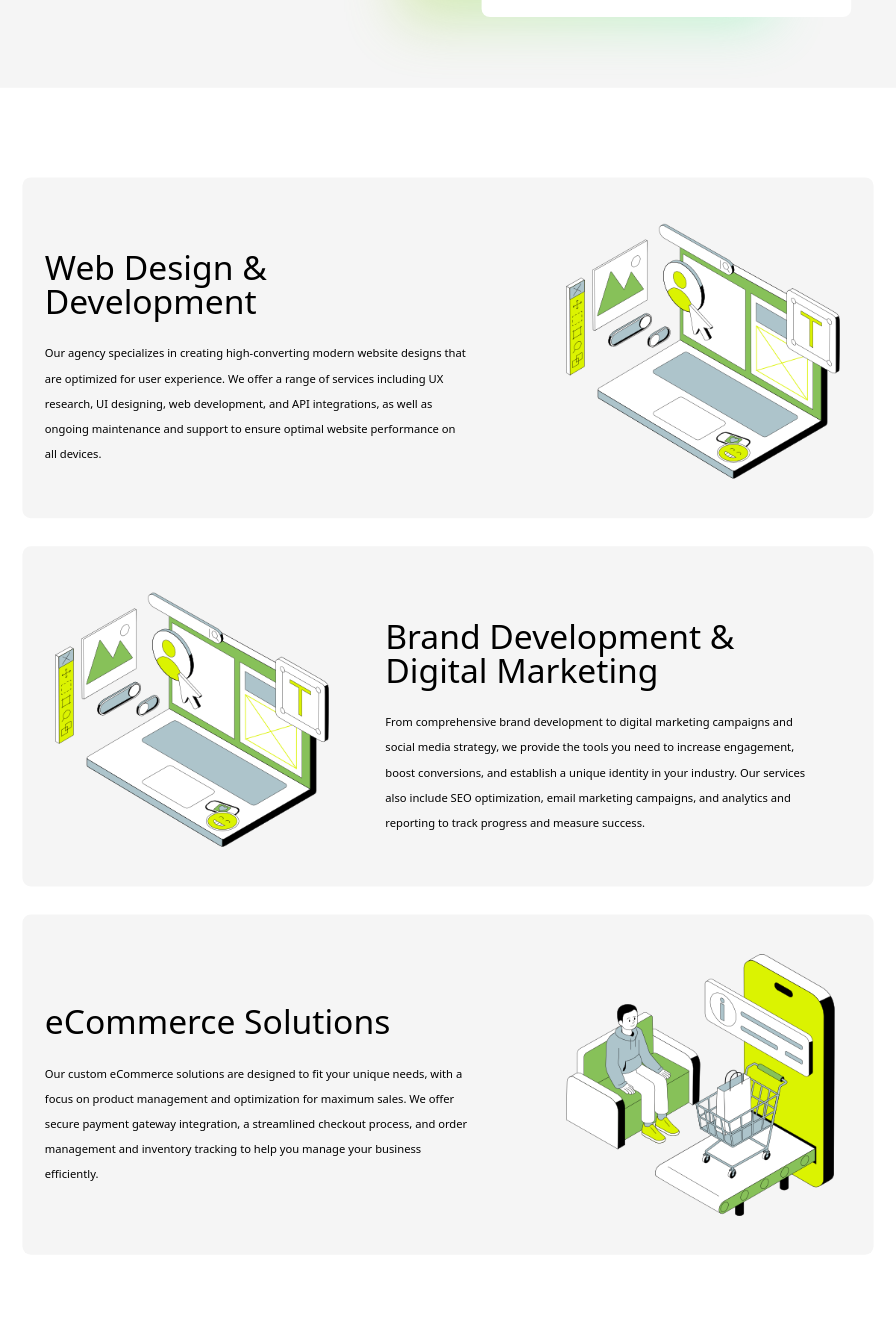
Repository: ornelasedward/mired_website
Page: /
The author's editor kept a copy of each file at every save. The page is drawn from the files as they stood at one save, then again after the next save.
The browser window is 1280 px wide. The pictures show the part of the page from y = 1909 to 3829 px (the page is 3829 px tall), at 70% of full size.
The project was rebuilt for these pictures with package versions that can differ from the ones it lists, and the page was loaded fresh each time. The framework's server and built-in components were replaced by stand-ins that run in the browser. Also part of the build but not shown: next.config.js.

Above is the page before, as saved 2023-03-28 20:58:04.

### app/layout.tsx
import "./globals.css";

export const metadata = {
  title: "Mired",
  description: "Web design and development services",
};

export default function RootLayout({
  children,
}: {
  children: React.ReactNode;
}) {
  return (
    <html lang="en" className="bg-[#F5F5F5]">
      <body>{children}</body>
    </html>
  );
}

### app/page.tsx
import Header from "@/components/Header";
import Hero from "@/components/Hero";
import Services from "@/components/Services";
import CTA from "@/components/CTA";
import { Inter } from "next/font/google";
import Testimonial from "@/components/Testimonials";
import FAQ from "@/components/FAQ";
import Contact from "@/components/Contact";
import Footer from "@/components/Footer";

const inter = Inter({ subsets: ["latin"] });

export default function Home() {
  return (
    <main>
      <Hero />
      <Header />
      <Services />
      {/*  <CTA />
      <Testimonial />
      <FAQ />
      <Contact />
      <Footer /> */}
    </main>
  );
}

### components/Header.tsx
export default function Header() {
  return (
    <section className="py-12 overflow-hidden sm:py-16 lg:py-20 xl:py-24">
      <div className="px-4 mx-auto max-w-7xl sm:px-6 lg:px-8">
        <div className="grid max-w-6xl grid-cols-1 mx-auto gap-y-12 lg:grid-cols-2 lg:gap-x-16 xl:gap-x-24">
          <div className="relative flex flex-col justify-between max-w-lg lg:py-12 lg:max-w-none">
            <div className="flex-1">
              <p className="text-sm font-normal tracking-widest uppercase">
                <span className="text-transparent bg-clip-text bg-gradient-to-r from-cyan-500 to-purple-500">
                  {" "}
                  Have a project in mind?{" "}
                </span>
              </p>
            </div>

            <div className="mt-6 lg:mt-auto">
              <h2 className="text-3xl font-normal text-black sm:text-4xl lg:text-5xl xl:text-6xl">
                We are dedicated to crafting websites that convert visitors into
                customers.
              </h2>
              <p className="mt-4 text-base font-normal text-black lg:max-w-xs sm:text-lg sm:mt-6">
                Sign up for a free consultation today and let our experts help
                you create a modern web design that focuses on increasing
                conversions and enhancing user experiences.
              </p>
            </div>
          </div>

          <div className="relative flex items-center justify-center">
            <div className="absolute right-1/4 transform translate-x-4 -translate-y-1/2 top-1/2 bg-gradient-to-br from-[#F7BE08] to-[#55F5A3] w-full h-full blur-2xl opacity-40" />

            <div className="relative overflow-hidden bg-white rounded-xl">
              <div className="p-6 sm:py-8 sm:px-9">
                <p className="text-xl font-normal text-black">
                  Let us know about your business & we will be in contact to
                  help you grow your business.
                </p>

                <form action="#" method="POST" className="mt-8 space-y-4">
                  <div>
                    <label for="" className="sr-only">
                      {" "}
                      Full name{" "}
                    </label>
                    <div>
                      <input
                        type="text"
                        name=""
                        id=""
                        placeholder="First & Last name"
                        className="block w-full px-5 py-4 text-base text-black placeholder-gray-500 bg-gray-200 rounded-md focus:border-black focus:ring-1 focus:ring-black"
                      />
                    </div>
                  </div>

                  <div>
                    <label for="" className="sr-only">
                      {" "}
                      Email address{" "}
                    </label>
                    <div>
                      <input
                        type="email"
                        name=""
                        id=""
                        placeholder="Email address"
                        className="block w-full px-5 py-4 text-base text-black placeholder-gray-500 bg-gray-200 rounded-md focus:border-black focus:ring-1 focus:ring-black"
                      />
                    </div>
                  </div>

                  <div>
                    <label for="" className="sr-only">
                      {" "}
                      Phone number{" "}
                    </label>
                    <div>
                      <input
                        type="tel"
                        name=""
                        id=""
                        placeholder="Phone number"
                        className="block w-full px-5 py-4 text-base text-black placeholder-gray-500 bg-gray-200 rounded-md focus:border-black focus:ring-1 focus:ring-black"
                      />
                    </div>
                  </div>

                  <div>
                    <label for="" className="sr-only">
                      {" "}
                      Message{" "}
                    </label>
                    <div>
                      <textarea
                        name=""
                        id=""
                        placeholder="Write your message"
                        rows="4"
                        className="block w-full px-5 py-4 text-base text-black placeholder-gray-500 bg-gray-200 rounded-md focus:border-black focus:ring-1 focus:ring-black"
                      ></textarea>
                    </div>
                  </div>

                  <div>
                    <div className="relative inline-flex mt-2 group">
                      <div className="absolute transition-all duration-200 rounded-[2rem] -inset-px bg-gradient-to-r from-cyan-500 to-purple-500 group-hover:shadow-lg group-hover:shadow-cyan-500/50"></div>
                      <button
                        type="button"
                        className="relative inline-flex items-center justify-center px-8 py-3 text-base font-normal text-white bg-black border border-transparent rounded-[2rem]"
                        role="button"
                      >
                        Send Message
                      </button>
                    </div>
                  </div>
                </form>
              </div>
            </div>
          </div>
        </div>
      </div>
    </section>
  );
}

### components/Hero.tsx
import Image from "next/image";
import Link from "next/link";
import header from "../images/header.png";
import Logo from "../images/Logo.png";

export default function Hero() {
  return (
    <div className="overflow-x-hidden">
      <header className="py-4 md:py-6" x-data="{expanded: false}">
        <div className="container px-4 mx-auto sm:px-6 lg:px-8">
          <div className="flex items-center justify-between">
            <div className="flex-shrink-0">
              <Link
                href="#"
                title=""
                className="flex rounded outline-none focus:ring-1 focus:ring-gray-900 focus:ring-offset-2"
              >
                <Image
                  className="w-auto h-9"
                  src={Logo}
                  alt=""
                  width={100}
                  height={100}
                />
              </Link>
            </div>

            <div className="flex lg:hidden">
              <button type="button" className="text-gray-900">
                <span x-show="!expanded" aria-hidden="true">
                  <svg
                    className="w-7 h-7"
                    xmlns="http://www.w3.org/2000/svg"
                    fill="none"
                    viewBox="0 0 24 24"
                    stroke="currentColor"
                  >
                    <path
                      stroke-linecap="round"
                      stroke-linejoin="round"
                      stroke-width="1.5"
                      d="M4 6h16M4 12h16M4 18h16"
                    />
                  </svg>
                </span>

                <span x-show="expanded" aria-hidden="true">
                  <svg
                    className="w-7 h-7"
                    xmlns="http://www.w3.org/2000/svg"
                    fill="none"
                    viewBox="0 0 24 24"
                    stroke="currentColor"
                  >
                    <path
                      stroke-linecap="round"
                      stroke-linejoin="round"
                      stroke-width="2"
                      d="M6 18L18 6M6 6l12 12"
                    />
                  </svg>
                </span>
              </button>
            </div>

            <div className="hidden lg:flex lg:ml-16 lg:items-center lg:justify-center lg:space-x-10 xl:space-x-12">
              <Link
                href="#"
                title=""
                className="text-base font-medium text-gray-900 transition-all duration-200 rounded focus:outline-none font-pj hover:text-opacity-50 focus:ring-1 focus:ring-gray-900 focus:ring-offset-2 p-2"
              >
                Home
              </Link>

              <Link
                href="#"
                title=""
                className="text-base font-medium text-gray-900 transition-all duration-200 rounded focus:outline-none font-pj hover:text-opacity-50 focus:ring-1 focus:ring-gray-900 focus:ring-offset-2 p-2"
              >
                About
              </Link>

              <Link
                href="#"
                title=""
                className="text-base font-medium text-gray-900 transition-all duration-200 rounded focus:outline-none font-pj hover:text-opacity-50 focus:ring-1 focus:ring-gray-900 focus:ring-offset-2 p-2"
              >
                Services
              </Link>
              <Link
                href="#"
                title=""
                className="text-base font-medium text-gray-900 transition-all duration-200 rounded focus:outline-none font-pj hover:text-opacity-50 focus:ring-1 focus:ring-gray-900 focus:ring-offset-2 p-2"
              >
                Our work
              </Link>
              <Link
                href="#"
                title=""
                className="text-base font-medium text-gray-900 transition-all duration-200 rounded focus:outline-none font-pj hover:text-opacity-50 focus:ring-1 focus:ring-gray-900 focus:ring-offset-2 p-2"
              >
                FAQ
              </Link>
            </div>

            <div className="hidden lg:ml-auto lg:flex lg:items-center lg:space-x-10">
              <Link href="/" title="">
                <button
                  className="inline-flex items-center justify-center px-6 py-3 text-base font-normal leading-7 text-black transition-all duration-200 bg-transparent border-[2px] border-black rounded-[2rem] font-inter cursor-pointer focus:outline-none focus:ring-2 focus:ring-offset-2 focus:ring-gray-900 hover:bg-gray-900 focus:bg-gray-900 hover:text-white focus:text-white hover:border-gray-900 focus:border-gray-900"
                  role="button"
                >
                  <h1>Work with us</h1>
                  <svg
                    xmlns="http://www.w3.org/2000/svg"
                    fill="none"
                    viewBox="0 0 24 24"
                    stroke-width="1.5"
                    stroke="currentColor"
                    className="w-auto h-8 items-center pt-1 pl-2"
                  >
                    <path
                      stroke-linecap="round"
                      stroke-linejoin="round"
                      d="M17.25 8.25L21 12m0 0l-3.75 3.75M21 12H3"
                    />
                  </svg>
                </button>
              </Link>
            </div>
          </div>

          {/* <nav x-show="expanded" x-collapse>
            <div className="px-1 py-8">
              <div className="grid gap-y-7">
                <Link
                  href="#"
                  title=""
                  className="flex items-center p-3 -m-3 text-base font-medium text-gray-900 transition-all duration-200 rounded-xl hover:bg-gray-50 focus:outline-none font-pj focus:ring-1 focus:ring-gray-900 focus:ring-offset-2"
                >
                  {" "}
                  Features{" "}
                </Link>

                <Link
                  href="#"
                  title=""
                  className="flex items-center p-3 -m-3 text-base font-medium text-gray-900 transition-all duration-200 rounded-xl hover:bg-gray-50 focus:outline-none font-pj focus:ring-1 focus:ring-gray-900 focus:ring-offset-2"
                >
                  {" "}
                  Pricing{" "}
                </Link>

                <Link
                  href="#"
                  title=""
                  className="flex items-center p-3 -m-3 text-base font-medium text-gray-900 transition-all duration-200 rounded-xl hover:bg-gray-50 focus:outline-none font-pj focus:ring-1 focus:ring-gray-900 focus:ring-offset-2"
                >
                  {" "}
                  Automation{" "}
                </Link>

                <Link
                  href="#"
                  title=""
                  className="flex items-center p-3 -m-3 text-base font-medium text-gray-900 transition-all duration-200 rounded-xl hover:bg-gray-50 focus:outline-none font-pj focus:ring-1 focus:ring-gray-900 focus:ring-offset-2"
                >
                  {" "}
                  Customer Login{" "}
                </Link>

                <Link
                  href="#"
                  title=""
                  className="inline-flex items-center justify-center px-6 py-3 text-base font-bold leading-7 text-white transition-all duration-200 bg-gray-900 border border-transparent rounded-xl hover:bg-gray-600 font-pj focus:outline-none focus:ring-2 focus:ring-offset-2 focus:ring-gray-900"
                  role="button"
                >
                  Sign up
                </Link>
              </div>
            </div>
          </nav> */}
        </div>
      </header>

      <section className="pt-12 sm:pt-16">
        <div className="px-4 mx-auto max-w-7xl sm:px-6 lg:px-8">
          <div className="max-w-4xl mx-auto text-center">
            <div className="flex flex-col gap-4">
              <h1 className="mt-5 text-4xl font-light leading-tight text-gray-900 sm:leading-tight sm:text-5xl lg:text-6xl lg:leading-tight font-pj">
                Boost your online success with our data-driven
                <span className="relative inline-flex sm:inline">
                  {/* <span className="bg-gradient-to-r from-[#44BCFF] via-[#FF44EC] to-[#FF675E] blur-lg filter opacity-30 w-full h-full absolute inset-0"></span> */}
                  <span className="relative"> solutions </span>
                </span>
              </h1>
              <p className="px-6 text-lg text-gray-600 font-inter">
                Get the website you&apos;ve always wanted and the conversions{" "}
                you deserve with our
                <br /> full-service agency.
              </p>
            </div>
            <div className="px-8 sm:items-center sm:justify-center sm:px-0 sm:space-x-5 sm:flex mt-9">
              <Link
                href="#"
                title=""
                className="inline-flex items-center justify-center w-full px-8 py-3 text-lg font-bold text-black transition-all duration-200 bg-[#F8D44C] border-2 border-transparent sm:w-auto rounded-[2rem] font-pj hover:bg-gray-600 hover:text-white focus:bg-gray-600 focus:text-white focus:outline-none focus:ring-2 focus:ring-offset-2 focus:ring-gray-900"
                role="button"
              >
                Book a consultation
              </Link>

              <Link
                href="#"
                title=""
                className="inline-flex items-center justify-center w-full px-6 py-3 mt-4 text-lg font-bold text-black transition-all duration-200 border-2 border-black sm:w-auto sm:mt-0 rounded-[2rem] font-pj focus:outline-none focus:ring-2 focus:ring-offset-2 focus:ring-gray-900 hover:bg-gray-900 focus:bg-gray-900 hover:text-white focus:text-white hover:border-gray-900 focus:border-gray-900"
                role="button"
              >
                Take our quiz
                <svg
                  className="w-5 h-5 mr-2 pt-1"
                  viewBox="0 0 18 18"
                  fill="none"
                  stroke="currentColor"
                  xmlns="http://www.w3.org/2000/svg"
                >
                  <path
                    d="M8.18003 13.4261C6.8586 14.3918 5 13.448 5 11.8113V5.43865C5 3.80198 6.8586 2.85821 8.18003 3.82387L12.5403 7.01022C13.6336 7.80916 13.6336 9.44084 12.5403 10.2398L8.18003 13.4261Z"
                    stroke-width="2"
                    stroke-miterlimit="10"
                    stroke-linecap="round"
                    stroke-linejoin="round"
                  />
                </svg>
              </Link>
            </div>
          </div>
        </div>
        <div className="absolute bottom-1/2 left-1/4 w-2/3 h-full rounded-full bg-[#55F5A3] opacity-80 blur-3xl filter -z-10" />
        <div className="absolute bottom-1/4 right-0 w-1/4 h-full rounded-full bg-[#F1CB00] opacity-50 blur-3xl filter -z-10" />
        <div className="py-12">
          <div className="">
            <Image
              className="m-auto"
              src={header}
              alt=""
              width={900}
              height={900}
            />
          </div>
        </div>
      </section>
    </div>
  );
}

### components/Services.tsx
import Image from "next/image";
import Laptop from "../images/Laptop.png";
import Ecom from "../images/Ecom.png";
import Ecom from "../images/Ecom.png";

export default function Services() {
  return (
    <div className="bg-white">
      <div className="relative px-4 mx-auto sm:px-6 lg:px-8 max-w-7xl">
        <div className="grid grid-cols-1 gap-10 py-32">
          <div className="bg-[#F5F5F5] rounded-xl">
            <div className="grid md:grid-cols-5 grid-cols-1">
              <div className="col-span-3 flex items-center max-w-2xl">
                <div className="px-8 pt-8 flex flex-col lg:gap-8 gap-6 lg:max-w-2xl">
                  <h1 className="xl:text-5xl lg:text-4xl sm:text-2xl text-3xl font-normal text-black">
                    Web Design & Development
                  </h1>
                  <p className="text-md font-light lg:leading-9 md:leading-6 leading-9">
                    Our agency specializes in creating high-converting modern
                    website designs that are optimized for user experience. We
                    offer a range of services including UX research, UI
                    designing, web development, and API integrations, as well as
                    ongoing maintenance and support to ensure optimal website
                    performance on all devices.
                  </p>
                </div>
              </div>
              <div className="col-span-2">
                <Image
                  className="m-auto"
                  src={Laptop}
                  alt=""
                  width={500}
                  height={500}
                />
              </div>
            </div>
          </div>

          <div className="bg-[#F5F5F5] rounded-xl">
            <div className="grid md:grid-cols-5 grid-cols-1">
              <div className="col-span-2">
                <Image
                  className="m-auto"
                  src={Laptop}
                  alt=""
                  width={500}
                  height={500}
                />
              </div>
              <div className="col-span-3 flex items-center max-w-2xl">
                <div className="px-8 pt-8 flex flex-col lg:gap-8 gap-6 lg:max-w-2xl">
                  <h1 className="xl:text-5xl lg:text-4xl sm:text-2xl text-3xl font-normal text-black">
                    Brand Development & Digital Marketing
                  </h1>
                  <p className="text-md font-light lg:leading-9 md:leading-6 leading-9">
                    From comprehensive brand development to digital marketing
                    campaigns and social media strategy, we provide the tools
                    you need to increase engagement, boost conversions, and
                    establish a unique identity in your industry. Our services
                    also include SEO optimization, email marketing campaigns,
                    and analytics and reporting to track progress and measure
                    success.
                  </p>
                </div>
              </div>
            </div>
          </div>

          <div className="bg-[#F5F5F5] rounded-xl">
            <div className="grid md:grid-cols-5 grid-cols-1">
              <div className="col-span-3 flex items-center max-w-2xl">
                <div className="px-8 pt-8 flex flex-col lg:gap-8 gap-6 lg:max-w-2xl">
                  <h1 className="xl:text-5xl lg:text-4xl sm:text-2xl text-3xl font-normal text-black">
                    eCommerce Solutions
                  </h1>
                  <p className="text-md font-light lg:leading-9 md:leading-6 leading-9">
                    Our custom eCommerce solutions are designed to fit your
                    unique needs, with a focus on product management and
                    optimization for maximum sales. We offer secure payment
                    gateway integration, a streamlined checkout process, and
                    order management and inventory tracking to help you manage
                    your business efficiently.
                  </p>
                </div>
              </div>
              <div className="col-span-2">
                <Image
                  className="m-auto"
                  src={Ecom}
                  alt=""
                  width={500}
                  height={500}
                />
              </div>
            </div>
          </div>
        </div>
      </div>
    </div>
  );
}

Loaded but not shown: app/globals.css (common file); tailwind.config.js (common file)

After the next save:
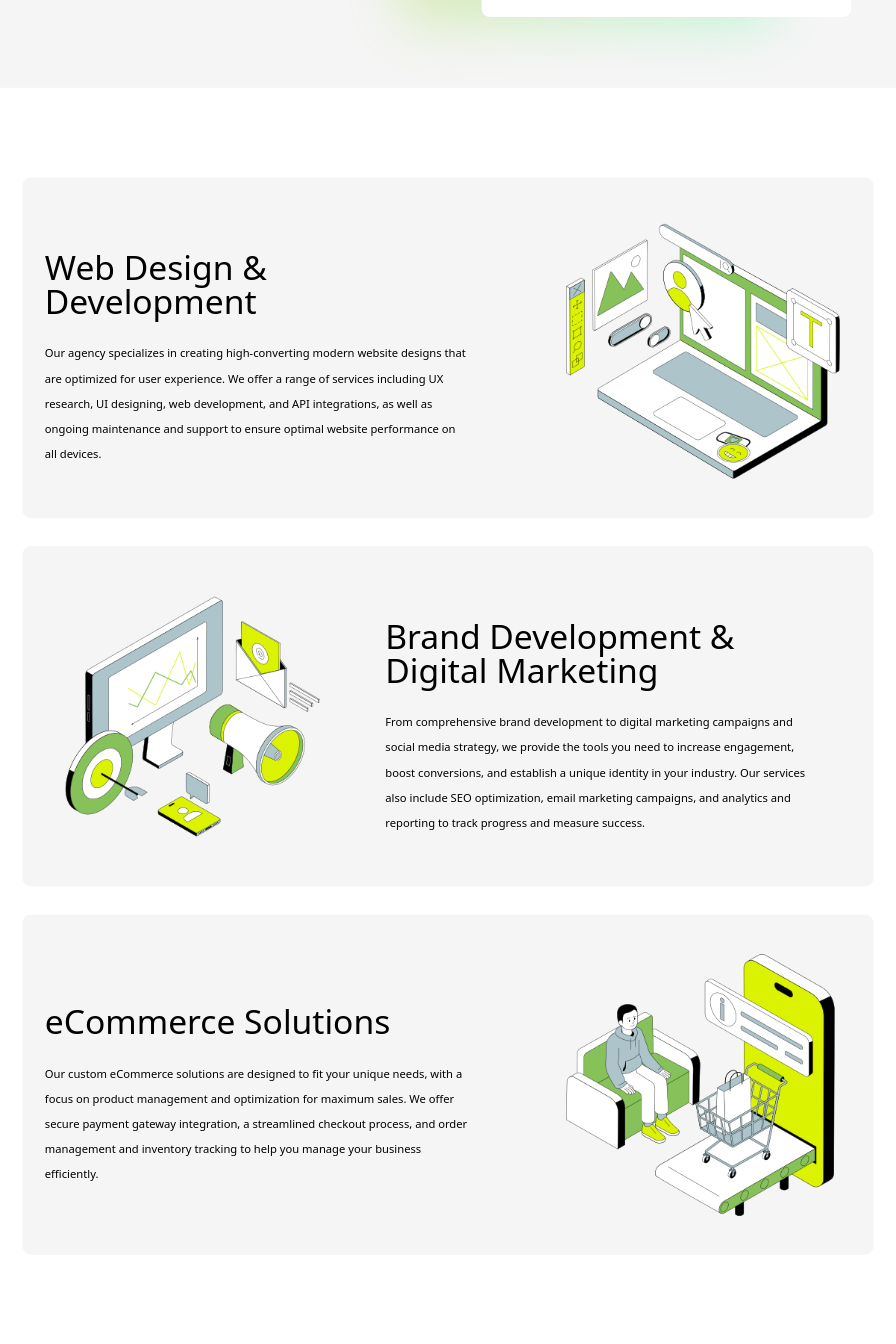
Saved 30 s later.
--- a/components/Services.tsx
+++ b/components/Services.tsx
@@ -1,7 +1,7 @@
 import Image from "next/image";
 import Laptop from "../images/Laptop.png";
 import Ecom from "../images/Ecom.png";
-import Ecom from "../images/Ecom.png";
+import Marketing from "../images/Marketing.png";
 
 export default function Services() {
   return (
@@ -42,7 +42,7 @@
               <div className="col-span-2">
                 <Image
                   className="m-auto"
-                  src={Laptop}
+                  src={Marketing}
                   alt=""
                   width={500}
                   height={500}
